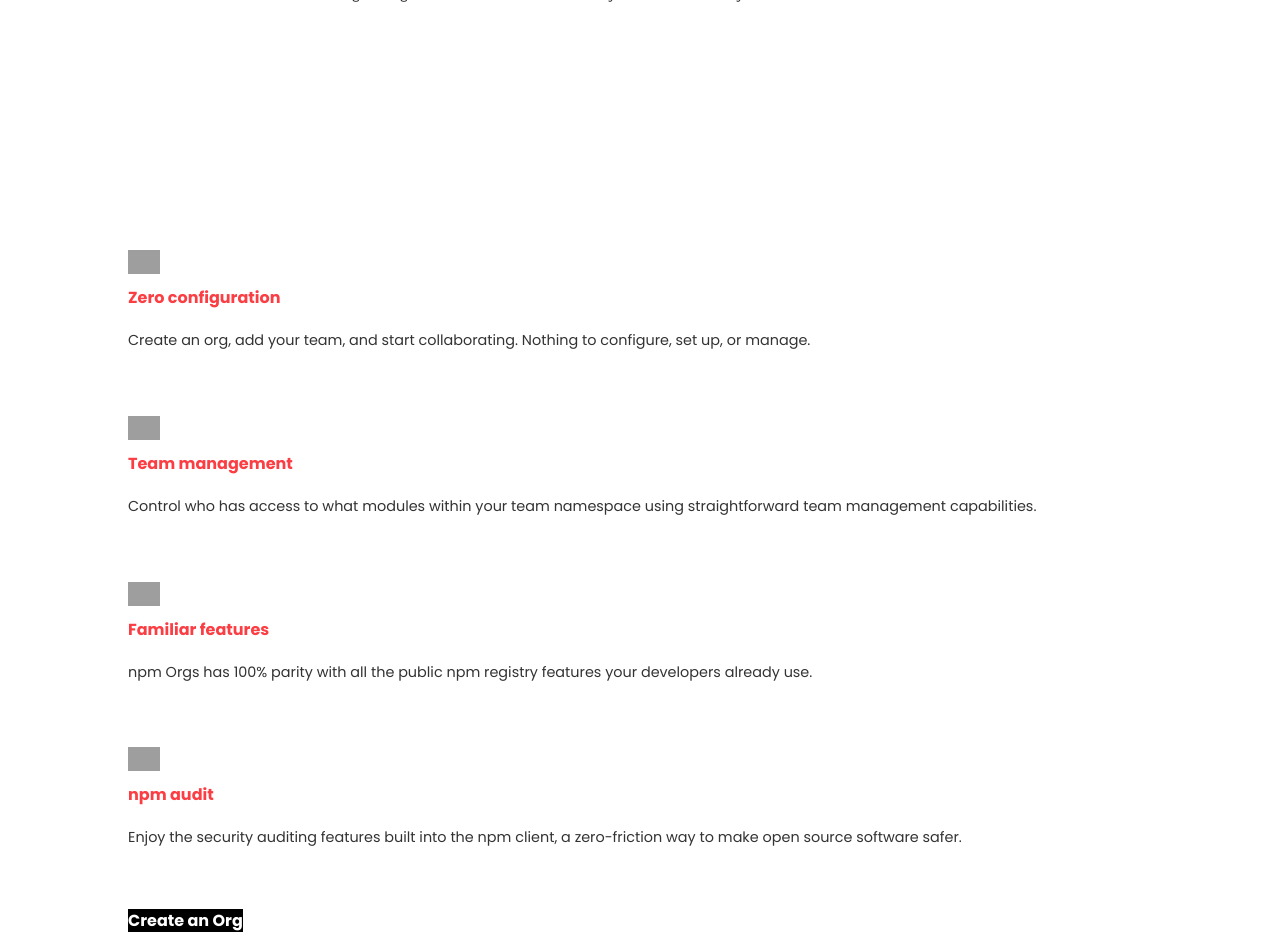
Repository: MarilynCuore/Ejercicico4
Page: index.html
These files come from the project's save history. The page is drawn as it stood at one moment and after the next save; the edit follows.
The browser window is 1280 px wide. The pictures show the part of the page from y = 1209 to 2161 px (the page is 2141 px tall before and 2161 px after).
Pictures or frames that could not be fetched are drawn as grey boxes. The style sheet was rebuilt from its Sass, Less or Tailwind sources for each picture, by a compiler version that may differ from the author's.

Above is the page before, as saved 2019-05-23 22:23:11.

### index.html
<!DOCTYPE html>
<html lang="en">

<head>
    <meta charset="UTF-8">
    <meta name="viewport" content="width=device-width, initial-scale=1.0">
    <meta http-equiv="X-UA-Compatible" content="ie=edge">
    <title>Document</title>
    <link rel="stylesheet" href="./styles/styles.css">
    <link rel="stylesheet" href="./styles/reset.css">
</head>

<body>
    <header>
        <div class="gradient"></div>
        <nav class="main-nav">
            <div class="principal-nav">
                <ul>
                    <li>❤</li>
                    <li><a href="">NaN producing Misery</a></li>
                </ul>
                <ul>
                    <li><a href="">npm Enterprise</a></li>
                    <li><a href="">Products</a></li>
                    <li><a href="">Solutions</a></li>
                    <li><a href="">Resources</a></li>
                    <li><a href="">Docs</a></li>
                    <li><a href="">Support</a></li>
                </ul>
            </div>
            <div class="second-nav">
                <div class="logo">
                    <a href="">
                        <img src="./src/npmlogo.png" alt="">
                    </a>
                </div>
                <div class="login">
                    <a>Join</a>
                    <a>Log in</a>
                </div>
                <div class="search">
                    <input type="text" placeholder="Search packages">
                    <button>Search</button>
                </div>
            </div>
        </nav>
    </header>
    <section class="principal-section">
        <div class="content-principal-section">
            <h1>Build amazing things</h1>
            <span>Essential JavaScript development tools that help you go to market faster and build powerful
                applications
                using modern open source code.</span>
        </div>
        <div class="action-principal-section">
            <a href="">See plans</a>
            <a href="">Join for free</a>
        </div>
    </section>
    <section class="second-section">
        <div class="bg-image"></div>
        <div class="text-conten-second-section">
            <h2>Bring the best of open source to your company</h2>
            <p>npm is the tool used by over 11,000,000 JavaScript developers around the world. Your developers already
                use it. Your company depends on it. Create an Org and get more out of the tools your team already knows
                and loves.</p>
        </div>
    </section>
    <div class="third-section">
        <article>
            <img src="https://static.npmjs.com/attachments/cjsdu28lz00nmph74dpr1pju0-zero-configuration.svg" alt="">
            <h3>Zero configuration</h3>
            <p>Create an org, add your team, and start collaborating. Nothing to configure, set up, or manage.</p>
        </article>
        <article>
            <img src="https://static.npmjs.com/attachments/cjsdu28r921djsp74bnt4i9t5-team-management.svg" alt="">
            <h3>Team management</h3>
            <p>Control who has access to what modules within your team namespace using straightforward team management
                capabilities.</p>
        </article>
        <article>
            <img src="https://static.npmjs.com/attachments/cjsdu27ac21d4u674dz9uoaoq-feature-parity.svg" alt="">
            <h3>Familiar features</h3>
            <p>npm Orgs has 100% parity with all the public npm registry features your developers already use.</p>
        </article>
        <article>
            <img src="https://static.npmjs.com/attachments/cjsdu28xd21her174xt02voit-npm-audit.svg" alt="">
            <h3>npm audit</h3>
            <p>Enjoy the security auditing features built into the npm client, a zero-friction way to make open source
                software safer.</p>
        </article>
        <a href="">Create an Org</a>
    </div>
</body>

</html>

### styles/styles.scss
/*Fonts*/
@import url("https://fonts.googleapis.com/css?family=Poppins:500,700&display=swap");
@import url("https://fonts.googleapis.com/css?family=Inconsolata:400,700&display=swap");
@import url("https://fonts.googleapis.com/css?family=Poppins:300&display=swap");
@import url("https://fonts.googleapis.com/css?family=Poppins&display=swap");
/*Variables*/
$font: "Inconsolata", monospace;
$font2: "Poppins", sans-serif;
$pink: #fb3e44;
$lighter-grey: rgba(0, 0, 0, 0.05);
$grey: rgba(0, 0, 0, 0.7);
$grey-background: rgba(232, 217, 217, 0.3);
$yellow: rgba(255, 204, 53, 0.4);

/* all Inputs */
::-webkit-input-placeholder {
  color: #555;
  font-family: $font;
  padding-left: 0.5rem;
}
::-moz-placeholder {
  color: #555;
  font-family: $font;
  padding-left: 0.5rem;
} /* firefox 19+ */
:-ms-input-placeholder {
  color: #555;
  font-family: $font;
  padding-left: 0.5rem;
} /* ie */
input:-moz-placeholder {
  color: #555;
  font-family: $font;
  padding-left: 0.5rem;
}

header {
  overflow: hidden;
  box-shadow: 0 4px 13px -3px rgba(0, 0, 0, 0.10196);
  .gradient {
    width: 100vw;
    height: 5px;
    background: rgba(255, 134, 41, 1);
    background: -moz-linear-gradient(
      left,
      rgba(255, 134, 41, 1) 0%,
      rgba(255, 98, 26, 1) 20%,
      rgba(224, 59, 26, 1) 37%,
      rgba(214, 52, 29, 1) 46%,
      rgba(196, 41, 33, 1) 61%,
      rgba(201, 44, 122, 1) 79%,
      rgba(216, 54, 252, 1) 100%
    );
    background: -webkit-gradient(
      left top,
      right top,
      color-stop(0%, rgba(255, 134, 41, 1)),
      color-stop(20%, rgba(255, 98, 26, 1)),
      color-stop(37%, rgba(224, 59, 26, 1)),
      color-stop(46%, rgba(214, 52, 29, 1)),
      color-stop(61%, rgba(196, 41, 33, 1)),
      color-stop(79%, rgba(201, 44, 122, 1)),
      color-stop(100%, rgba(216, 54, 252, 1))
    );
    background: -webkit-linear-gradient(
      left,
      rgba(255, 134, 41, 1) 0%,
      rgba(255, 98, 26, 1) 20%,
      rgba(224, 59, 26, 1) 37%,
      rgba(214, 52, 29, 1) 46%,
      rgba(196, 41, 33, 1) 61%,
      rgba(201, 44, 122, 1) 79%,
      rgba(216, 54, 252, 1) 100%
    );
    background: -o-linear-gradient(
      left,
      rgba(255, 134, 41, 1) 0%,
      rgba(255, 98, 26, 1) 20%,
      rgba(224, 59, 26, 1) 37%,
      rgba(214, 52, 29, 1) 46%,
      rgba(196, 41, 33, 1) 61%,
      rgba(201, 44, 122, 1) 79%,
      rgba(216, 54, 252, 1) 100%
    );
    background: -ms-linear-gradient(
      left,
      rgba(255, 134, 41, 1) 0%,
      rgba(255, 98, 26, 1) 20%,
      rgba(224, 59, 26, 1) 37%,
      rgba(214, 52, 29, 1) 46%,
      rgba(196, 41, 33, 1) 61%,
      rgba(201, 44, 122, 1) 79%,
      rgba(216, 54, 252, 1) 100%
    );
    background: linear-gradient(
      to right,
      rgba(255, 134, 41, 1) 0%,
      rgba(255, 98, 26, 1) 20%,
      rgba(224, 59, 26, 1) 37%,
      rgba(214, 52, 29, 1) 46%,
      rgba(196, 41, 33, 1) 61%,
      rgba(201, 44, 122, 1) 79%,
      rgba(216, 54, 252, 1) 100%
    );
    filter: progid:DXImageTransform.Microsoft.gradient( startColorstr='#ff8629', endColorstr='#d836fc', GradientType=1 );
  }
}
.main-nav {
  display: flex;
  flex-direction: column;
  justify-content: center;
  background-color: white;
  .principal-nav {
    display: flex;
    width: 100%;
    padding-left: 0.5rem;
    justify-content: space-between;
    padding-top: 0.25rem;
    padding-bottom: 0.4rem;
    border-bottom: solid 0.2px #e0e0e0;
    ul {
      display: flex;
      &:first-child {
        display: none;
      }
      li {
        flex-grow: 1;
        padding-right: 0.5rem;
        display: block;
        a {
          text-decoration: none;
          color: black;
          font-family: $font;
          font-weight: 500;
          text-decoration: none;
          font-size: 0.8rem;
        }
      }
    }
  }
  .second-nav {
    display: flex;
    flex-wrap: wrap;
    .logo {
      width: 50%;
      padding-bottom: 1rem;
      a {
        img {
          padding-left: 0.5rem;
          padding-top: 0.5rem;
          width: 80px;
        }
      }
    }
    .login {
      width: 50%;
      font-family: $font2;
      color: $grey;
      text-align: right;
      padding-top: 0.7rem;
      a {
        padding-left: 0.5rem;
        font-size: 0.8rem;
        &:nth-of-type(1) {
          border: 1px solid #9a9a9a;
          padding: 5px;
        }
        &:nth-of-type(2) {
          padding-right: 0.5rem;
        }
      }
    }
    .search {
      border-top: solid 0.2px #e0e0e0;
      padding-left: 0.5rem;
      padding-top: 0.5rem;
      padding-bottom: 0.5rem;
      width: 100%;
      input {
        background-color: $lighter-grey;
        border: none;
        width: calc(100% - 25%);
        height: 40px;
        box-sizing: border-box;
      }
      button {
        width: 23%;
        background-color: $pink;
        border: none;
        color: white;
        height: 40px;
        box-sizing: border-box;
        font-family: $font;
        font-size: 0.875rem;
        padding-bottom: 0px;
      }
    }
  }
}
.principal-section {
  background-color: $grey-background;
  height: calc(100vh - 120px);
  display: flex;
  flex-direction: column;
  align-items: center;
  .content-principal-section {
    display: flex;
    flex-direction: column;
    height: 50%;
    justify-content: center;
    text-align: center;
    max-width: 95%;
    h1 {
      font-size: 2.25rem;
      font-family: $font2;
      font-weight: bold;
      padding-bottom: 1rem;
    }
    span {
      font-family: $font2;
      font-size: 1.25rem;
      font-weight: 300;
    }
  }
  .action-principal-section {
    display: flex;
    flex-direction: column;
    justify-content: center;
    a {
      padding: 20px;
      min-width: 250px;
      text-align: center;
      font-family: $font2;
      &:nth-of-type(1) {
        background-color: $pink;
        box-shadow: 8px 8px 0 rgba(251, 59, 73, 0.2);
        color: white;
        text-decoration: none;
        margin-bottom: 2rem;
      }
      &:nth-of-type(2) {
        background-color: white;
        text-decoration: none;
        color: black;
      }
    }
  }
}
.second-section {
  height: 100vh;
  .bg-image {
    height: 50vh;
    background-image: url("https://static.npmjs.com/attachments/cjsdu27d721czsp74i05n4iey-best-open.svg");
    background-repeat: no-repeat;
    background-size: 50%;
    background-position: center;
  }
  .text-conten-second-section {
    max-width: 95%;
    height: 50vh;
    text-align: center;
    h2 {
      text-decoration: underline;
      text-decoration-color: $yellow;
      font-family: $font;
      font-weight: bold;
      font-size: 2.25rem;
      padding-bottom: 2rem;
    }
    p {
      font-size: 1rem;
      line-height: 1.5;
      font-family: $font;
    }
  }
}
.third-section {
  margin: 0 auto;
  max-width: 80%;
  article {
    img {
      width: 32px;
    }
    h3 {
      font-size: 1rem;
      margin-top: 1rem;
      font-family: $font2;
      color: $pink;
      margin-bottom: 700;
      font-weight: bold;
      padding-bottom: 1.5rem;
    }
    p {
      color: #333;
      font-family: $font2;
      font-weight: 400;
      line-height: 1.5;
      font-size: 0.9rem;
      margin-bottom: 4rem;
    }
  }
  a {
    margin-top: 2rem;
    font-size: 1rem;
    color: white;
    background: black;
    min-width: 250px;
    font-family: $font2;
    font-weight: bold;
    text-decoration: none;
  }
}

Loaded but not shown: styles/reset.css (common file)

After the next save:
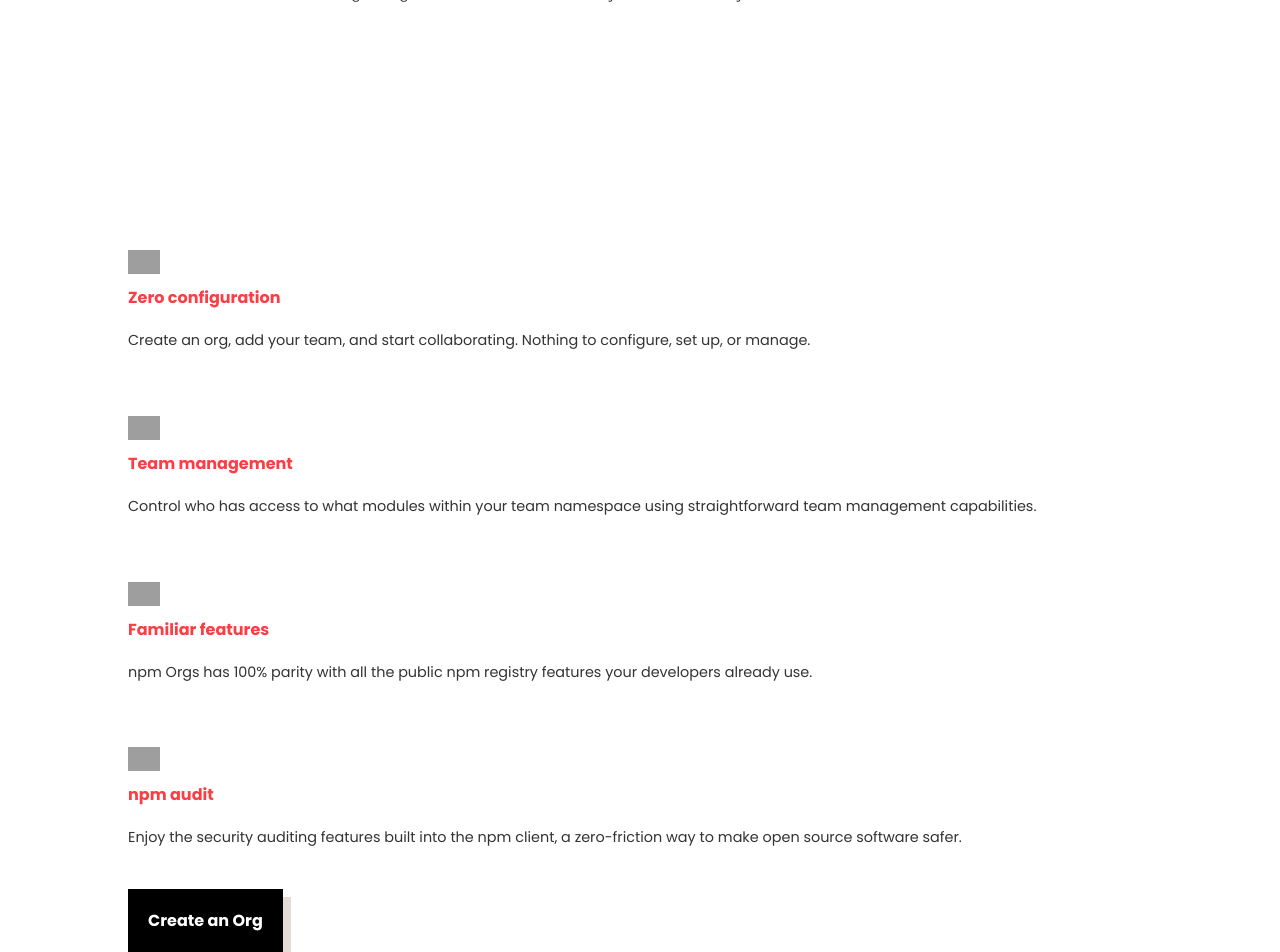
Saved 2 min 44 s later.
--- a/styles/styles.scss
+++ b/styles/styles.scss
@@ -308,5 +308,8 @@
     font-family: $font2;
     font-weight: bold;
     text-decoration: none;
-  }
-}
+    padding: 20px;
+    text-align: center;
+    box-shadow: 8px 8px 0 rgba(128,83,35,.2);
+  }
+}
